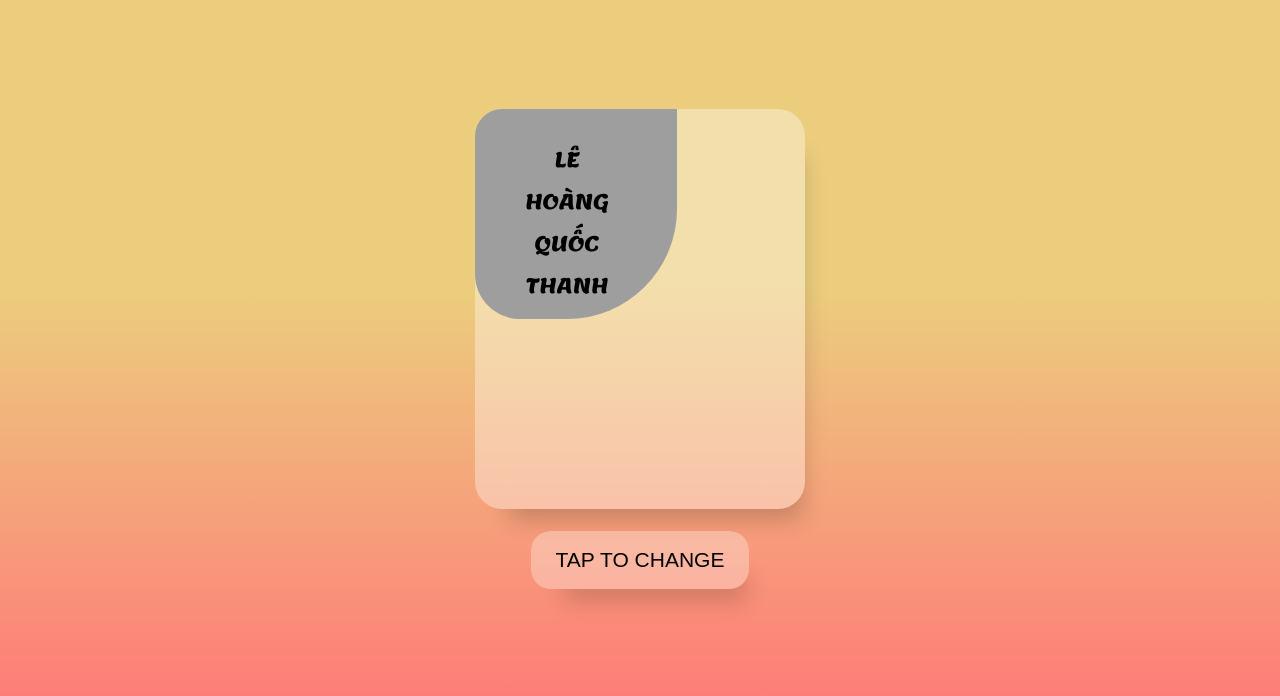
Repository: ThanhThn/profile
Page: index.html
These files come from the project's save history. The page is drawn as it stood at one moment and after a run of saves; the edit follows.
The browser window is 1280 px wide. The pictures show the whole page.
Pictures or frames that could not be fetched are drawn as grey boxes. Some web fonts or font styles are not loaded; a fallback is used.

Above is the page before, as saved 2022-12-05 19:32:12.

### index.html
<!DOCTYPE html>
<html lang="en">
<head>
    <meta charset="UTF-8">
    <meta http-equiv="X-UA-Compatible" content="IE=edge">
    <meta name="viewport" content="width=device-width, initial-scale=1.0">
    <title>Document</title>
    <link rel="stylesheet" href="style.css">
</head>
<body>
    <div class="container">
        <div class="content">
            <img src="avata.jpg" alt="avatar">
            <span class="name">LÊ hoàng quốc thanh</span>
        </div>
        <button class="btn">tap to change</button>
    </div>
</body>
</html>

### style.css
@import url('https://fonts.googleapis.com/css2?family=Kodchasan:wght@700&family=Lemonada:wght@300;600;700&family=Pacifico&display=swap');
*{
    padding: 0;
    margin: 0;
    box-sizing: border-box;
}

body{
    background:  linear-gradient( to bottom, rgba(223, 172,39,60%) 40%, rgba(255,22,22,58%) 100% );
    width: 100%;
    height: 100vh;
}
.container{
    position: absolute;
    top: 50%;
    left: 50%;
    transform: translate(-50%, -50%);
    display: flex;
    flex-direction: column;
    align-items: center;
}

.content{
    width: 330px;
    height: 400px;
    background: rgba(255, 255, 255, 35%);
    border-radius: 27px;
    box-shadow: rgba(0, 0, 0, .2) 15px 28px 25px -18px;
}

.content img{
    width: 202px;
    height: 210px;
    border-radius: 27px 0 110px 45px;
    object-fit: cover;
    object-position: -32px 0;
}

.content .name{
    width: 104px;
    font-size: 21px;
    text-transform: uppercase;
    font-weight: 700;
    font-family: 'Lemonada', cursive;
    position: absolute;
    text-align: center;
    top: 30px;
    left: 40px;
}

.btn{
    background: rgba(255, 255, 255, .3);
    width: 218px;
    height: 58px;
    border-radius: 20px;
    border: none;
    margin: 22px;
    font-family: 'Kodchasan', sans-serif;
    font-size: 21px;
    text-transform: uppercase;
    box-shadow: rgba(0, 0, 0, .2) 15px 28px 25px -18px;
    background-position: 0 90%;
    background-repeat: repeat no-repeat;

}

.btn:hover {
    box-shadow: rgba(0, 0, 0, .3) 2px 8px 8px -5px;
    transform: translate3d(0, 2px, 0);
}


.btn:focus {
  box-shadow: rgba(0, 0, 0, .3) 2px 8px 4px -6px;
}

After the next 2 saves:
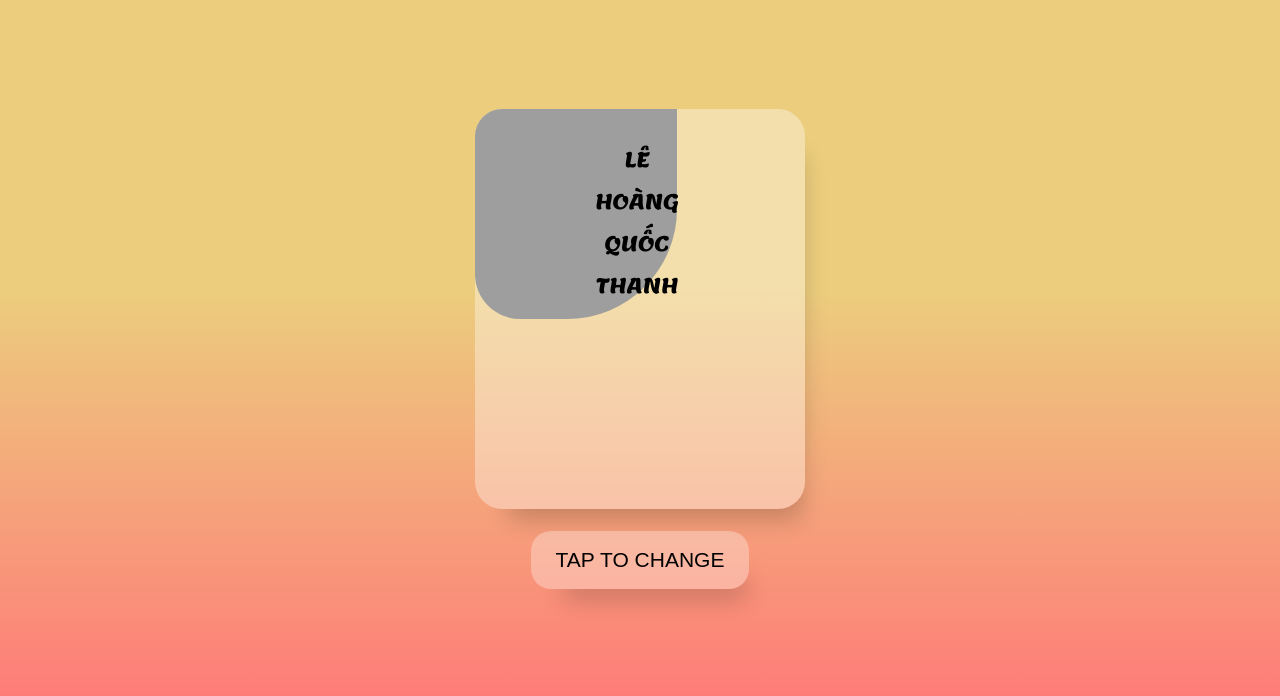
The 2 saves are shown as one change because they came seconds apart.
The last was saved 6 s later.
--- a/style.css
+++ b/style.css
@@ -45,7 +45,7 @@ body{
     position: absolute;
     text-align: center;
     top: 30px;
-    left: 40px;
+    left: 110px;
 }
 
 .btn{
